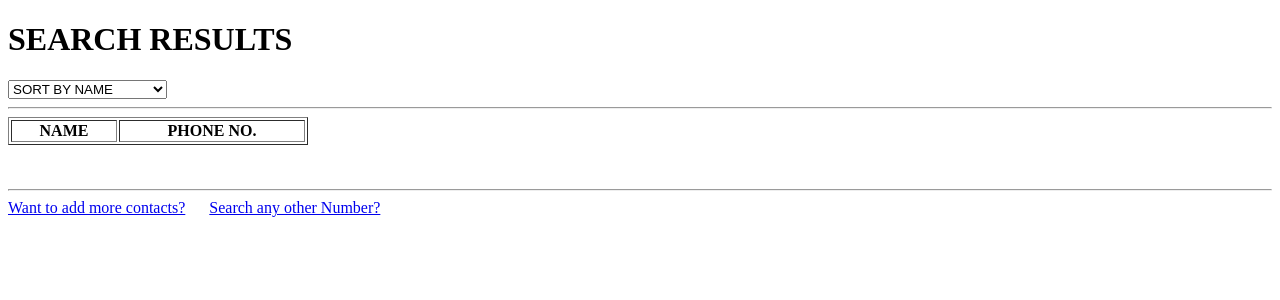
Repository: nikhilbad7/jsp-practicals
Page: http://localhost/classwork/exp13search.jsp
These files come from the project's save history. The page is drawn as it stood at one moment and after the next save; the edit follows.
The browser window is 1280 px wide. The pictures show the whole page.
The page is served by Tomcat 9. The database holds what the project's SQL file puts in it.

Above is the page before, as saved 2018-04-12 09:16:09.

### classwork/WebContent/exp13search.jsp
<!DOCTYPE HTML PUBLIC "-//W3C//DTD HTML 4.01 Transitional//EN"
"http://www.w3.org/TR/html4/loose.dtd">
<%@ page import="java.sql.*" %>
<%@ page import="java.io.*" %>
<html>
<head>
<title>SEARCH RESULTS</title>
</head>
<body>
<h1>SEARCH RESULTS </h1>
<%
try {
/* Create string of connection url within specified format with machine name,
port number and database name. Here machine name id localhost and database name
is usermaster. */
//String connectionURL = "jdbc:mysql://localhost:3306/usermaster";
// declare a connection by using Connection interface
//Connection connection = null;
// Load JBBC driver "com.mysql.jdbc.Driver".
String name = request.getParameter("name");
Class.forName("com.mysql.jdbc.Driver");
/* Create a connection by using getConnection() method that takes parameters of
string type connection url, user name and password to connect to database. */
Connection con= DriverManager.getConnection("jdbc:mysql://localhost:3306/phone","root","");
// check weather connection is established or not by isClosed() method
Statement stmt=con.createStatement();
String q = "select * from contacts where name='"+name+"'";
ResultSet rs=stmt.executeQuery(q);
%>
<select name="sort">
		<option>SORT BY NAME</option>
		<option>SORT BY PHONE NO.</option>
</select>
<hr/>
<table border=1 width=300px>
<tr>
	<th>NAME</th>
	<th>PHONE NO.</th>

</tr> <%
while(rs.next()){
	String resultname = rs.getString("name");
	String num = rs.getString("phone");
	out.print("<tr><td>"+resultname+"</td><td>"+num+"</td></tr>");

}
%>
</table><br><br><hr/>
<a href="exp13add.html">Want to add more contacts?</a>
&nbsp;&nbsp;&nbsp;&nbsp;
<a href="exp13.html">Search any other Number?</a>
<%
con.close();
}
catch(Exception ex){
ex.printStackTrace();
}
%>

</body>
</html>

### classwork/database/phone.sql (the tables this page reads)
CREATE TABLE `contacts` (
  `name` varchar(255) NOT NULL,
  `phone` varchar(50) NOT NULL
) ENGINE=InnoDB DEFAULT CHARSET=latin1;

INSERT INTO `contacts` (`name`, `phone`) VALUES
('Nikhil Badani', '9691441118'),
('Nikhil Singh', '9098187775');

After the next save:
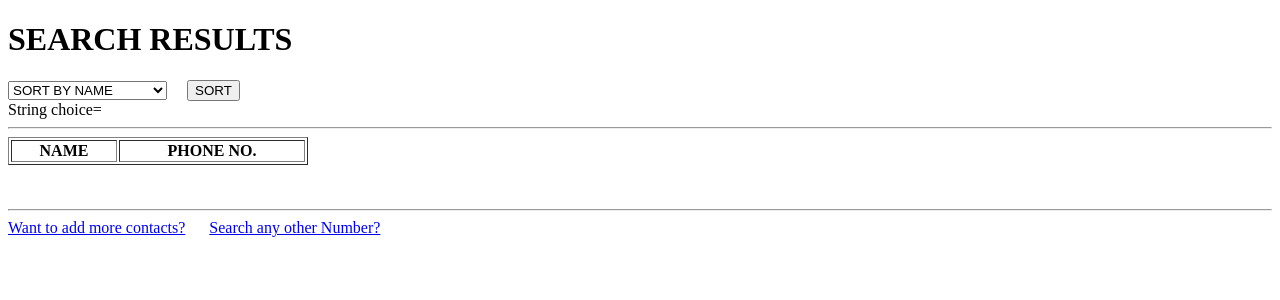
Saved 3 min 28 s later.
--- a/classwork/WebContent/exp13search.jsp
+++ b/classwork/WebContent/exp13search.jsp
@@ -27,10 +27,14 @@ Statement stmt=con.createStatement();
 String q = "select * from contacts where name='"+name+"'";
 ResultSet rs=stmt.executeQuery(q);
 %>
+<form action="">
 <select name="sort">
 		<option>SORT BY NAME</option>
 		<option>SORT BY PHONE NO.</option>
-</select>
+</select> &nbsp;&nbsp;&nbsp;
+<input type="submit" value="SORT" />
+</form>
+String choice=
 <hr/>
 <table border=1 width=300px>
 <tr>
